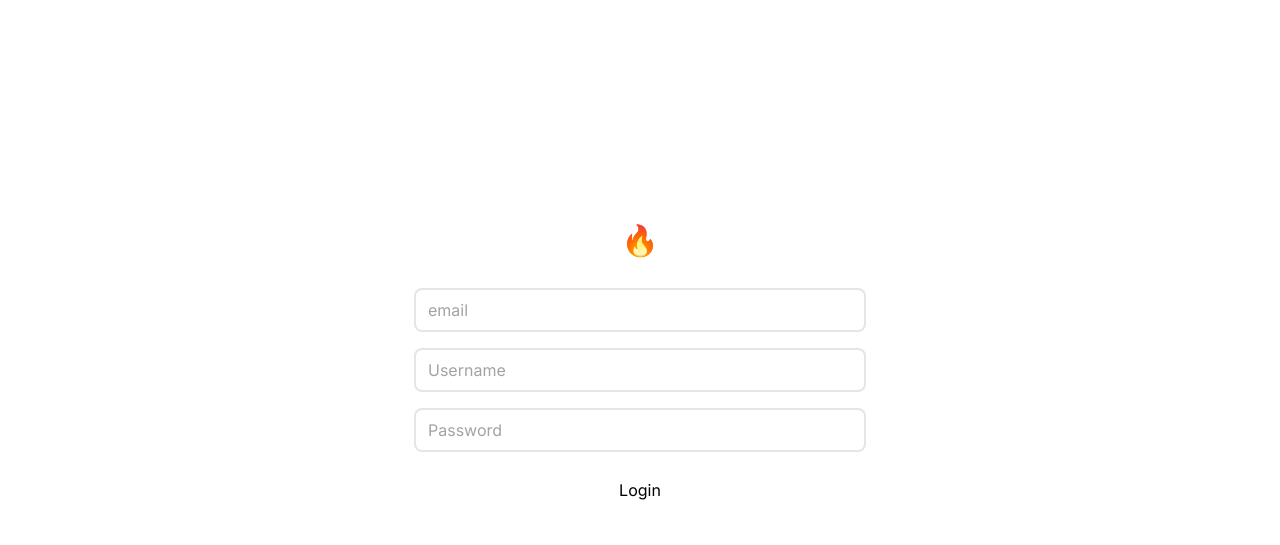
Repository: ParkSeokgyu/tweets
Page: /login
The author's editor kept a copy of each file at every save. The page is drawn from the files as they stood at one save, then again after the next save.
The browser window is 1280 px wide. The pictures show the whole page.
The project was rebuilt for these pictures with package versions that can differ from the ones it lists, and the page was loaded fresh each time. The framework's server and built-in components were replaced by stand-ins that run in the browser. Also part of the build but not shown: next.config.mjs.

Above is the page before, as saved 2024-08-14 11:08:45.

### app/layout.tsx
import type { Metadata } from "next";
import { Inter } from "next/font/google";
import "./globals.css";

const inter = Inter({ subsets: ["latin"] });

export const metadata: Metadata = {
  title: "Create Next App",
  description: "Generated by create next app",
};

export default function RootLayout({
  children,
}: Readonly<{
  children: React.ReactNode;
}>) {
  return (
    <html lang="ko">
      <body className={inter.className}>
        {children}
      </body>
    </html>
  );
}

### app/login/page.tsx
"use client"

import Button from "@/components/button"
import Input from "@/components/input"

export default function Login() {
  return (
    <div className="min-h-screen flex items-center justify-center">
      <div className="w-full max-w-md mx-auto flex flex-col gap-5">
        <div className="text-center my-3">
          <h1 className="text-3xl">🔥</h1>
        </div>
        <form action="" className="flex flex-col gap-5 w-full">
          <Input
            name="email"
            type="email"
            placeholder="email"
            required
            errors={[]}
          />
          <Input
            name="username"
            type="text"
            placeholder="Username"
            required
            errors={[]}
          />
          <Input
            name="password"
            type="password"
            placeholder="Password"
            required
            errors={[]}
          />

          <Button text="Login" />
        </form>
      </div>
    </div>
  )
}

### components/button.tsx
"use client"
import { useFormStatus } from "react-dom";

interface ButtonProps {
  text: string;
}

export default function Button({ text }: ButtonProps) {

  const { pending } = useFormStatus(); //

  return (
    <button
      disabled={pending}
      className="primary-btn h-10 disabled:bg-neutral-400  disabled:text-neutral-300 disabled:cursor-not-allowed"
    >

      {pending ? "로딩 중..." : text}

    </button>
  );
}

### components/input.tsx
interface InputProps {
  type: string;
  placeholder: string;
  required: boolean;
  errors?: string[];
  name: string;
}

export default function Input({type, placeholder, required, errors=[], name}: InputProps) {
  return (
    <div className="flex flex-col gap-2">
      <input
        className="
          bg-transparent rounded-md w-full h-10 focus:outline-none ring-2 focus:ring-4 transition ring-neutral-200 focus:ring-orange-500 border-none placeholder:text-neutral-400 px-3"
        name={name}
        type={type}
        placeholder={placeholder}
        required={required}
      />

      {errors?.map((error, index) => (
        <span key={index} className="text-red-500 font-medium">
          {error}
        </span>
      ))}
    </div>
  )
}

Loaded but not shown: app/globals.css (common file); tailwind.config.ts (common file)

After the next save:
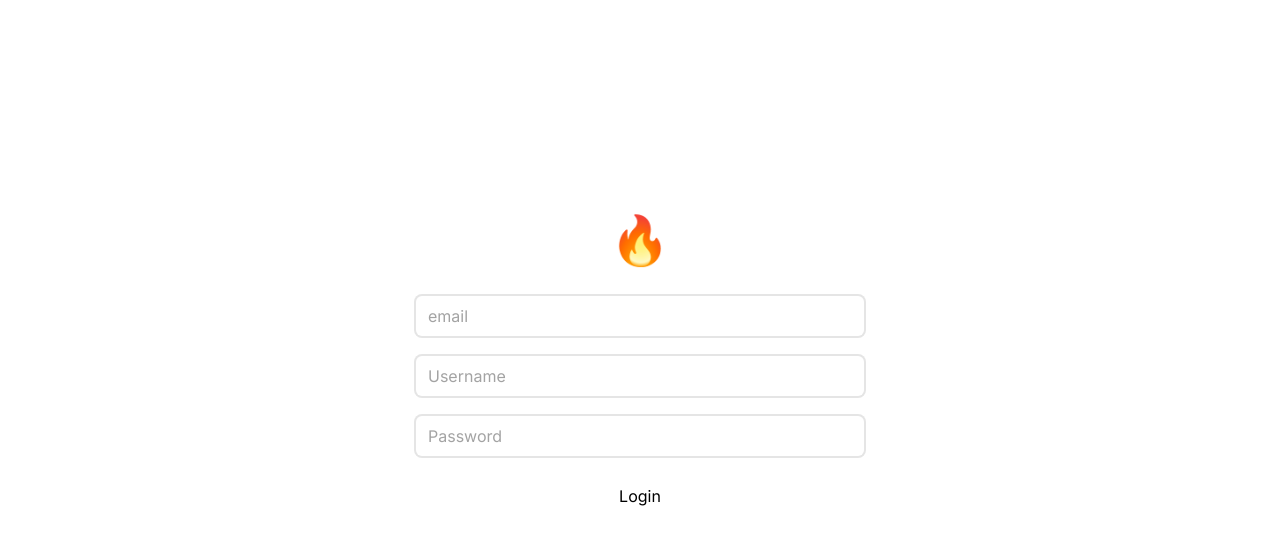
Saved 7 s later.
--- a/app/login/page.tsx
+++ b/app/login/page.tsx
@@ -8,7 +8,7 @@ export default function Login() {
     <div className="min-h-screen flex items-center justify-center">
       <div className="w-full max-w-md mx-auto flex flex-col gap-5">
         <div className="text-center my-3">
-          <h1 className="text-3xl">🔥</h1>
+          <h1 className="text-5xl">🔥</h1>
         </div>
         <form action="" className="flex flex-col gap-5 w-full">
           <Input
